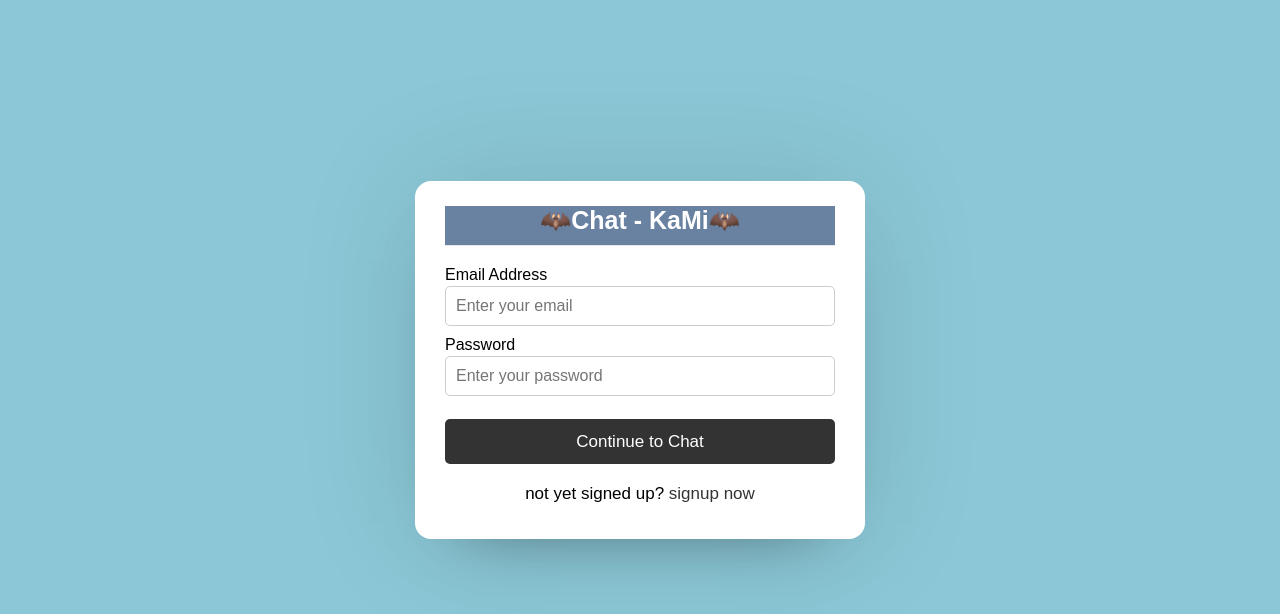
Repository: kananavy/CONQUER
Page: http://localhost/login.php
The author's editor kept a copy of each file at every save. The page is drawn from the files as they stood at one save, then again after a run of saves.
The browser window is 1280 px wide. The pictures show the whole page.
The page is run by PHP 8.4 with error messages shown; the project is at /var/www/html/.

Above is the page before, as saved 2023-01-21 00:20:21.

### login.php
<?php
session_start();
if(isset($_SESSION['unique_id'])){ //if user logged in
    header("location: user.php");
}
?>
<?php include_once "header.php"; ?>
<body>
    <div class="wrapper">
        <section class="form login">
            <header>🦇Chat - KaMi🦇</header>
            <form action="#"  autocomplete="off">
                <div class="error-txt"></div>
                    <div class="field input">
                        <label>Email Address</label>
                        <input type="email" name="email" placeholder="Enter your email" >
                    </div>
                    <div class="field input">
                        <label>Password</label>
                        <input type="password" name="password" placeholder="Enter your password" >
                        <i class="fas fa-eye"></i>
                    </div>
                    <div class="field button">
                        <input type="submit" value="Continue to Chat">
                    </div>
            </form>
            <div class="link">not yet signed up? <a href="index.php">signup now</a></div>
        </section>
    </div>
    <script src="javascript/login.js"></script>
</body>
</html>

### header.php
<!DOCTYPE html>
<html lang="en">
<head>
    <meta charset="UTF-8">
    <meta http-equiv="X-UA-Compatible" content="IE=edge">
    <meta name="viewport" content="width=device-width, initial-scale=1.0">
    <title>Teste</title>
    <link rel="stylesheet" href="chat.css">
</head>

### chat.css
*{
    margin: 0;
    padding: 0;
    box-sizing: border-box;
    text-decoration: none;
    font-family: 'Poppins', sans-serif;
}
body{
    display: flex;
    align-items: center;
    justify-content: center;
    min-height: 100vh;
    background: #8bc7d6;
}
.wrapper{
    background: #fff;
    width: 450px;
    border-radius: 16px;
    box-shadow: 0 0 128px 0 rgba(0, 0, 0, 0.1),
                0 32px 64px -48px rgba(0, 0, 0, 0.5);
}

/*signup Form CSS code */
.form{
    padding: 25px 30px ;
}
.form header{
    font-size: 25px;
    font-weight: 600;
    padding-bottom: 10px;
    border-bottom: 1px solid #e6e6e6;
    color: rgb(255, 255, 255);
    text-align: center;
    background-color: rgba(41, 76, 122, 0.699);

}
.form form{
    margin: 20px 0;
}
.form form .error-txt{
    color: #721c24;
    background: #f8d7da;
    padding: 8px 10px;
    text-align: center;
    border-radius: 5px;
    margin-bottom: 10px;
    border: 1px solid #f5c6cb;
    display: none;
}
.form form .name-details{
    display: flex;
}
form .name-details .field:first-child{
    margin-right: 10px;
}
form .name-details .field:last-child{
    margin-left: 10px;
}
.form form .field{
    display: flex;
    flex-direction: column;
    margin-bottom: 10px;
}
.form form .field label{
    margin-bottom: 2px;
}
.form form .field input{
    outline: none;
}
.form form .input input{
    height: 40px;
    width: 100%;
    font-size:16px;
    padding: 0 10px;
    border: 1px solid#ccc;
    border-radius: 5px;
}
.form form .image input{
    font-size: 17px;
}
.form form .button input{
    margin-top: 13px;
    height: 45px;
    border: none;
    font-size: 17px;
    font-weight: 400;
    background: #333;
    color: #fff;
    border-radius: 5px;
    cursor: pointer;
}
.form .link{
    text-align: center;
    margin: 10px 0;
    font-size: 17px;
}
.form .link a{
    color: #333;
}
.form .link a:hover{
    text-decoration: underline;
}

/* Users Area CSS code */
.users{
    padding: 25px 30px;
}
.users header,
.users-list a{
    display: flex;
    align-items: center;
    padding-bottom: 20px;
    justify-content: space-between;
    border-bottom: 1px solid #e6e6e6;
}
.wrapper img{
    object-fit: cover;
    border-radius: 50%;
}
:is(.users, .users-list) .content{
    display: flex;
    align-items: center;
}
.users header .content img{
    height: 50px;
    width: 60px;
}
:is(.users, .users-list) .details{
    color: #000;
    margin-left: 15px;
}
:is(.users, .users-list) .details span{
    font-size:18px ;
    font-weight: 500;
}
.users header .logout{
  color: #fff;
  font-size: 17px;
  padding: 7px 15px;
  background: #333;
  border-radius: 5px;
}
.users .search{
    margin: 20px 0;
    display: flex;
    position: relative;
    align-items: center;
    justify-content: space-between;
}
.users .search .text{
    font-size: 18px;
}
.users .search input{
    position: absolute;
    height: 42px;
    width: calc(100% - 50px);
    border: 1px solid #ccc;
    padding: 0 13px ;
    font-size: 16px;
    border-radius: 5px 0 0 5px;
    outline: none;
    opacity: 0;
    pointer-events: none;
    transition: all 0.3s ease;
}
.users .search input.active{
    opacity: 1;
    pointer-events: auto;
}
.users .search button{
    width: 47px;
    height: 42px;
    border: none;
    outline: none;
    color: #333;
    background: #fff;
    cursor: pointer;
    font-size: 17px;
    border-radius: 0 5px 5px 0;
    transition: all 0.2s ease;

}
.users .search button.active{
    color: #fff;
    background: #333;
}
.users-list{
    max-height: 300px;
    overflow: auto;
}
:is(.users-list, .chat-box)::-webkit-scrollbar{
    width: 0px;

}
.users-list a{
    padding-right: 15px;
    margin-bottom: 15px;
    padding-right: 10px;
}
.users-list a .content img{
    height: 40px;
    width: 40px;
    border-bottom-color: #f1f1f1;
}
.users-list a .content p{
    color: #67676a;
}
.users-list a:last-child{
    border:none;
    margin-bottom: 0px;
}
.users-list a .status-dot{
    font-size: 15px;
    color: #05b43f;
}
/* We'll use this class name in phpto show offline status */
.users-list a .status-dot.offline{
   color: rgb(43, 32, 32);
   visibility: hidden;
}

/* Chat Area VSS code */
.chat-area header{
    display: flex;
    align-items: center;
    padding: 18px 30px;
}
.chat-area header .back-icon{
    font-size: 18px;
    color: #333;
}
.chat-area header img{
    height: 45px;
    width: 45px;
    margin: 0 15px;
}
.chat-area header span{
    font-size: 17px;
    font-weight: 500;
}
.chat-box{
    height: 400px;
    overflow: auto;
    background: #f7f7f7;
    padding: 10x 30px 20px 30px;
    box-shadow: inset 0 32px 32px -32px rgb(0 0 0 /5%),
                inset 0 32px 32px -32px rgb(0 0 0 /5%);
}
.chat-box .chat{
    margin: 15px 0;
}
.chat-box .chat p{
    word-wrap: break-word;
   padding: 8px 16px;
   box-shadow: 0 0 32px rgb(0 0 0 / 8%),
                0 16px 16px -16px rgb(0 0 0 / 10%);
}
.chat-box .outgoing{
    display: flex;
    align-items: flex-end;
}
.outgoing .details{
    margin-left: 10px;
    margin-right: auto;
    max-width: calc(100% - 130px);
}
.outgoing .details p{
    background: rgb(52, 51, 134);
    color: #fff;
    border-radius: 18px 18px 18px 0;
}
.chat-box .incoming{
    display: flex;
    /* align-items: flex-end; */
}
.chat-box .outgoing img{
    height: 35px;
    width: 35px;
}
.incoming .details{
    margin-right: 10px;
    margin-left: auto;
    max-width: calc(100% - 130px);
}
.incoming .details{
    background: #333;
    color: #fff;
    border-radius: 18px 18px 0 18px;
}
.chat-area .typing-area{
    padding: 18px 30px;
    display: flex;
    justify-content: space-between;
}
.typing-area input{
    height: 45px;
    width: calc(100% - 58px);
    font-size: 17px;
    border: 1px solid #ccc;
    padding: 0 13px;
    border-radius: 5px 0 0 5px;
    outline: none;
}
.typing-area button{
    width: 55px;
    border: none;
    outline: none;
    background: #333;
    color: #fff;
    border-radius: 0 5px 5px 0;
}

### javascript/login.js
const form = document.querySelector(".login form"),
continueBtn = form.querySelector(".button input"),
errorText = form.querySelector(".error-txt");

form.onsubmit = (e)=>{
    e.preventDefault(); //preventing form form submitting
}

continueBtn.onclick = ()=>{
// let's start Ajax
    let xhr = new XMLHttpRequest(); //creating XML object
    xhr.open("POST", "php/login.php", true);
    xhr.onload = ()=>{
        if(xhr.readyState === XMLHttpRequest.DONE){
            if(xhr.status === 200){
                let data = xhr.response;
                console.log(data);
                if(data == "success"){
                    location.href = "user.php";
                }else{
                    errorText.textContent = data;
                    errorText.style.display = "block";
                }
            }
        }
    }
    // we have to send the form date thought ajax to php
    let formData = new FormData(form); //crating new formData Object
    xhr.send(formData); //Sending the form data to php
}

After the next 5 saves:
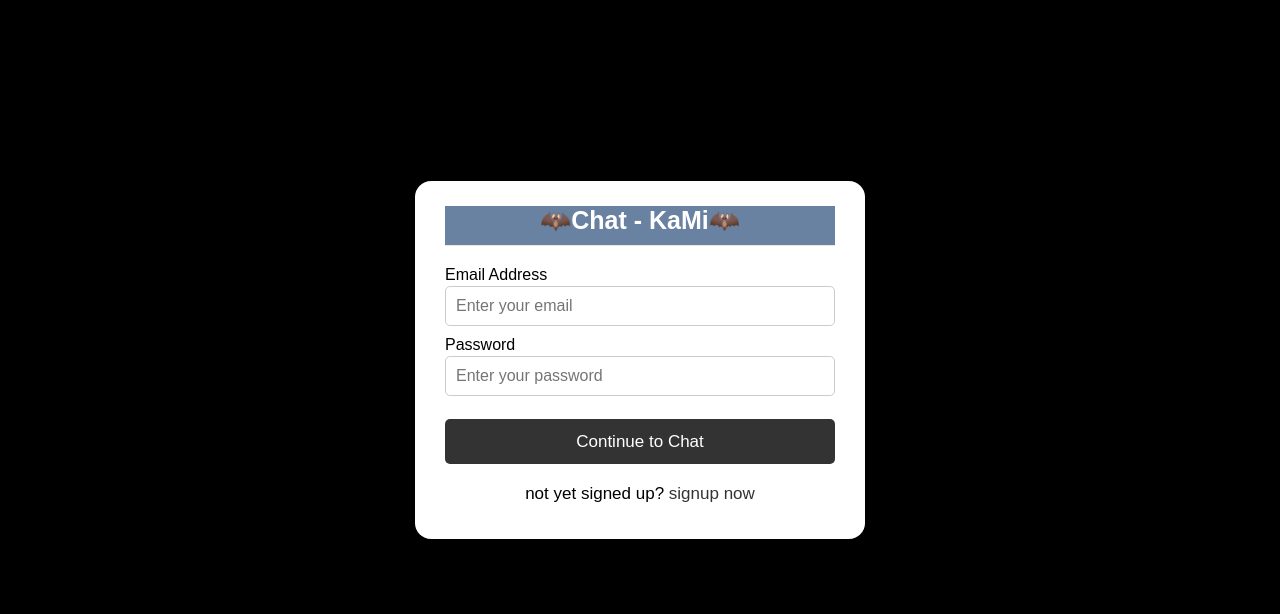
The 5 saves are shown as one change because they came seconds apart.
The last was saved 16 s later.
--- a/chat.css
+++ b/chat.css
@@ -10,7 +10,8 @@ body{
     align-items: center;
     justify-content: center;
     min-height: 100vh;
-    background: #8bc7d6;
+    /* background: #8bc7d6; */
+    background-color: #000;
 }
 .wrapper{
     background: #fff;
